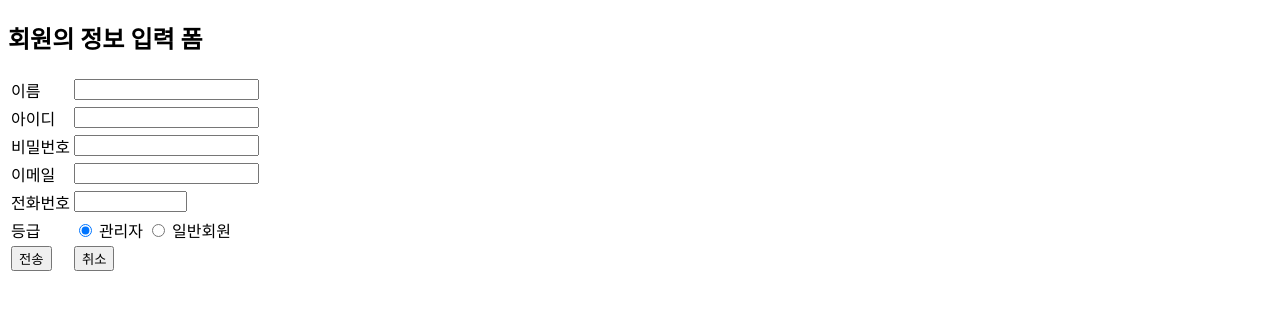
Repository: o3orr/jsp_study
Page: http://localhost/web-study-08/employeeForm.jsp
An editor plug-in stored every save of this project. The page is shown before and after the next save, followed by the edit.
The browser window is 1280 px wide. The pictures show the whole page.
The page is served by Tomcat 9.

Above is the page before, as saved 2024-03-05 07:12:20.

After the next save:
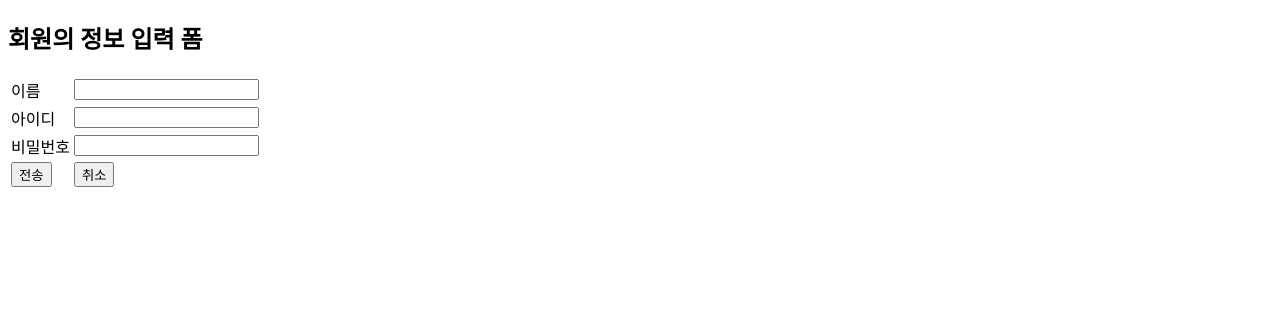
Saved 84 s later.
--- a/web-study-08/src/main/webapp/employeeForm.jsp
+++ b/web-study-08/src/main/webapp/employeeForm.jsp
@@ -8,7 +8,7 @@
 </head>
 <body>
 <h2>회원의 정보 입력 폼</h2>
-	<form method="post" action="02_addMember.jsp">
+	<form method="post" action="addEmployee.jsp">
 		<table>
 			<tr>
 				<td>이름</td>
@@ -23,21 +23,6 @@
 				<td><input type="password" name="pwd" size="20"></td>
 			</tr>
 			<tr>
-				<td>이메일</td>
-				<td><input type="text" name="email" size="20"></td>
-			</tr>
-			<tr>
-				<td>전화번호</td>
-				<td><input type="text" name="phone" size="11"></td>
-			</tr>
-			<tr>
-				<td>등급</td>
-				<td>
-					<input type="radio" name="admin" value="1" checked="checked"> 관리자
-					<input type="radio" name="admin" value="0"> 일반회원
-				</td>
-			</tr>
-			<tr>
 				<td><input type="submit" value="전송"></td>
 				<td><input type="reset" value="취소"></td>
 			</tr>
